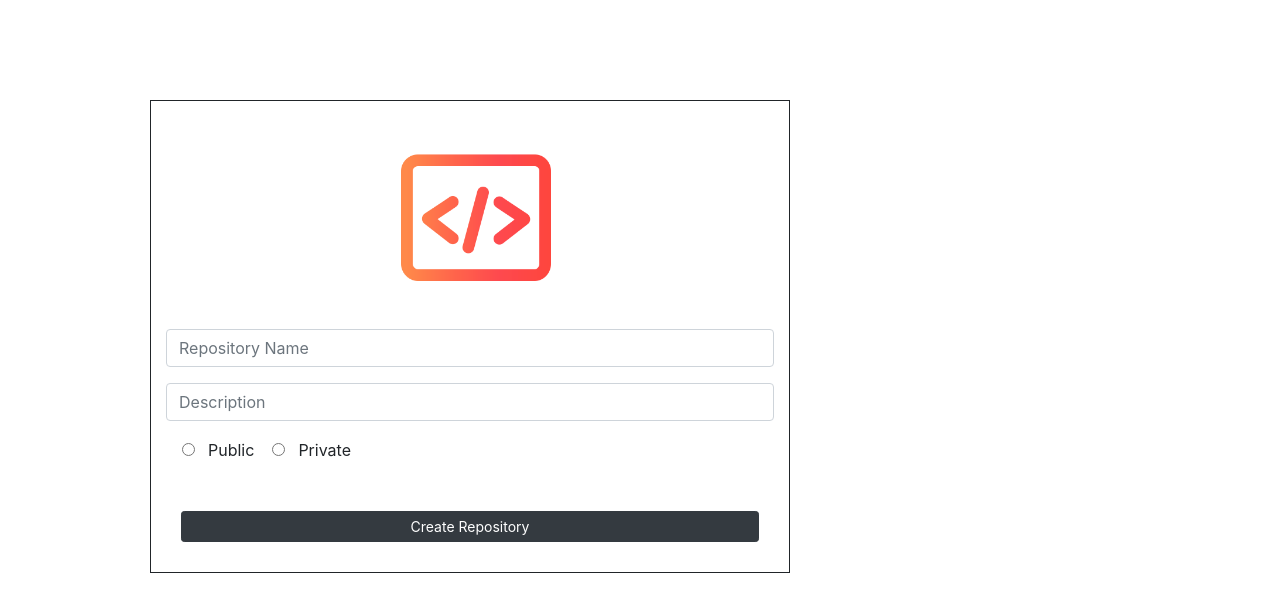
Repository: rashmikagamage/OAuth-Implementation
Page: /auth/github/callback (app in frontend/)
The author's editor kept a copy of each file at every save. The page is drawn from the files as they stood at one save, then again after the next save.
The browser window is 1280 px wide. The pictures show the whole page.
Some web libraries are served in a nearby version. The project was rebuilt for these pictures with package versions that can differ from the ones it lists, and the page was loaded fresh each time. Also part of the build but not shown: frontend/src/css/twitter.css, frontend/src/components/login.js, frontend/src/components/twitter-home.js, frontend/src/components/login-git.js, frontend/src/App.css.

Above is the page before, as saved 2021-09-08 17:55:41.

After the next save:
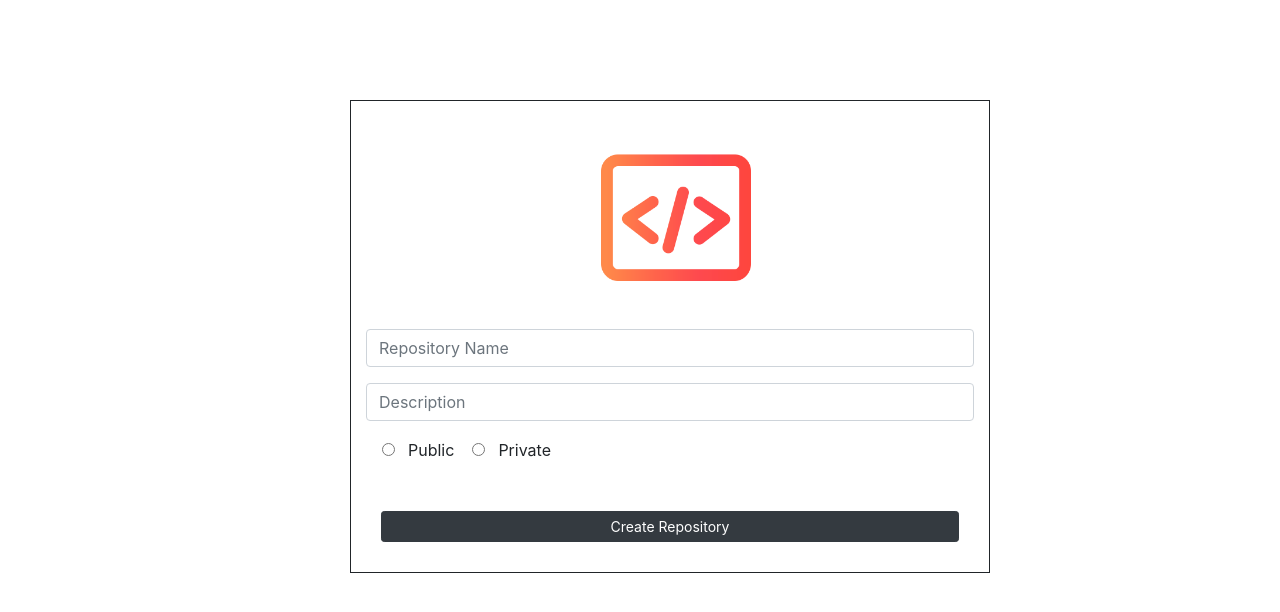
Saved 4 s later.
--- a/frontend/src/css/git.css
+++ b/frontend/src/css/git.css
@@ -1,6 +1,6 @@
 .main{
   margin-top: 100px;
-  margin-left: 150px;
+  margin-left: 350px;
   width: 50%;
   border-style: solid;
   border-width: 1px;
